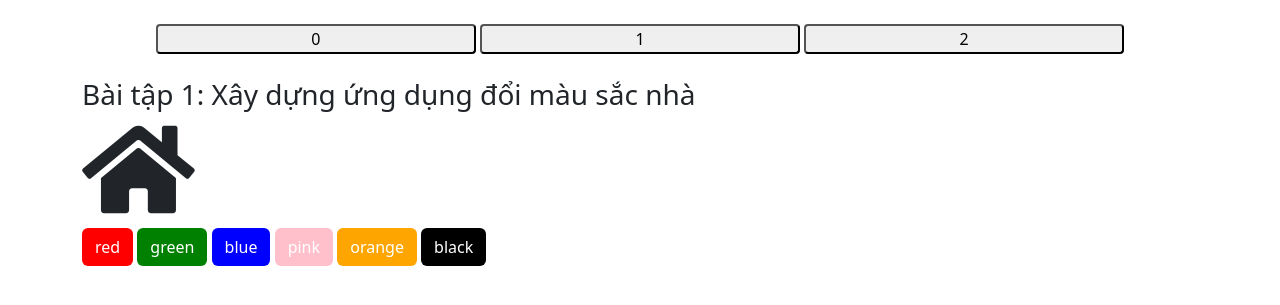
Repository: hcozyph/CyberSoft_Bai_Tap_Tren_Lop
Page: ES6/ES6_BASIC/index.html
The author's editor kept a copy of each file at every save. The page is drawn from the files as they stood at one save, then again after the next save.
The browser window is 1280 px wide. The pictures show the whole page.
Some web libraries are served in a nearby version.

Above is the page before, as saved 2023-03-22 19:44:57.

After the next save:
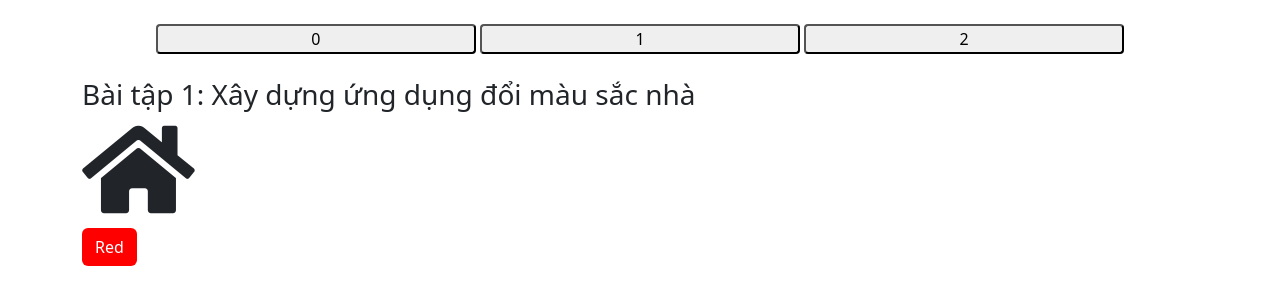
Console error: SyntaxError: Unexpected token ';'
Saved 3 min 21 s later.
--- a/ES6/ES6_BASIC/index.js
+++ b/ES6/ES6_BASIC/index.js
@@ -248,4 +248,11 @@
     tenLopHoc
 }
 
-console.log('lopHoc', lopHoc)
+console.log('lopHoc', lopHoc);
+
+
+let hocSinh = {
+    ['mã học viên']: 'BCSV001';
+}
+
+console.log(hocSinh['mã học viên']);

After the save that followed:
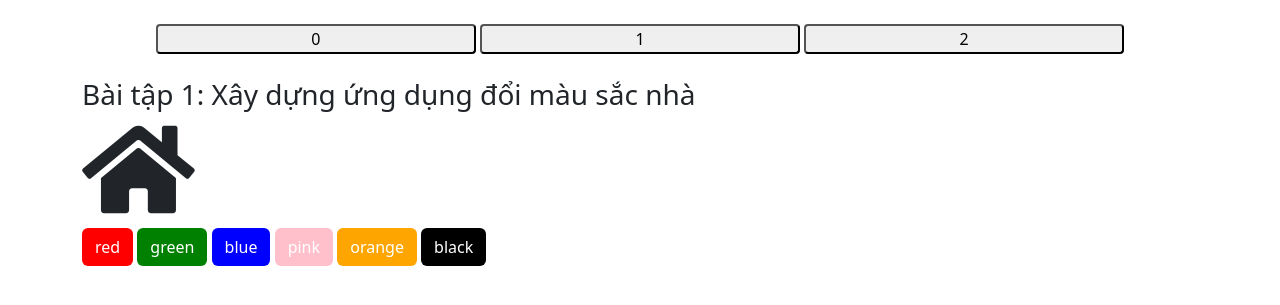
The error is gone.
Saved 11 s later.
--- a/ES6/ES6_BASIC/index.js
+++ b/ES6/ES6_BASIC/index.js
@@ -252,7 +252,7 @@
 
 
 let hocSinh = {
-    ['mã học viên']: 'BCSV001';
+    ['mã học viên']: 'BCSV001',
 }
 
 console.log(hocSinh['mã học viên']);
